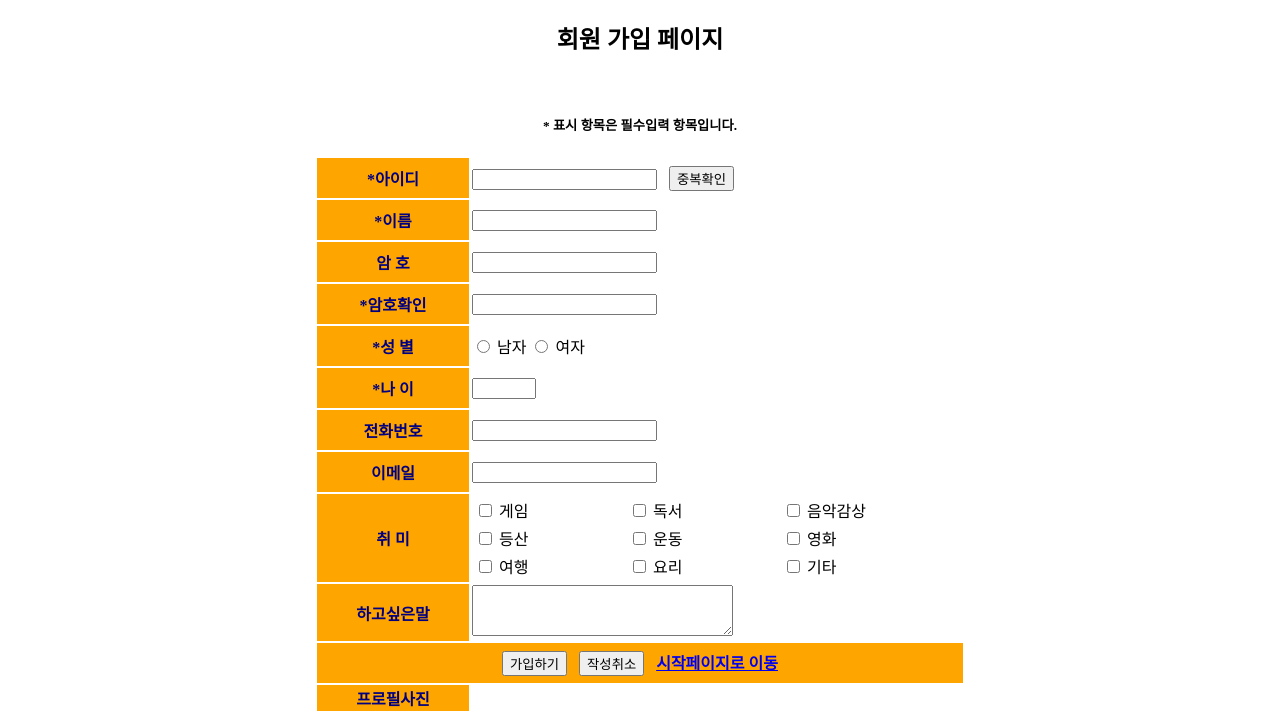
Repository: Yunsunyong/Spring
Page: http://localhost/first/WEB-INF/views/member/enrollPage.jsp
An editor plug-in stored every save of this project. The page is shown before and after the next save, followed by the edit.
The browser window is 1280 px wide. The pictures show the whole page.
The page is served by Tomcat 9. Nobody is signed in. The template is opened directly, without the code that normally fills it, so the values that code supplies are empty.

Above is the page before, as saved 2019-04-18 07:12:01.

After the next save:
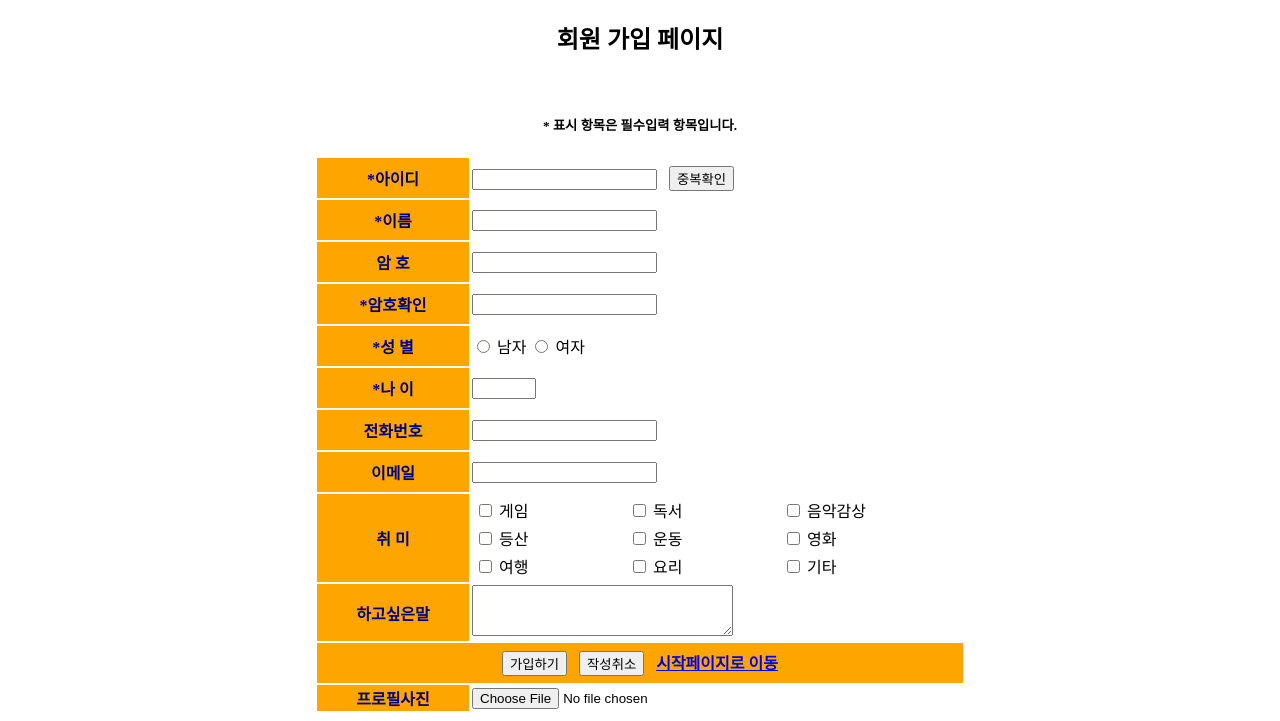
Saved 16 s later.
--- a/190419 Spring ajax까지/framework_workspace/first/src/main/webapp/WEB-INF/views/member/enrollPage.jsp
+++ b/190419 Spring ajax까지/framework_workspace/first/src/main/webapp/WEB-INF/views/member/enrollPage.jsp
@@ -137,7 +137,7 @@
 	</tr>
 	<tr>
 		<th>프로필사진</th>
-		<td></td>
+		<td><input type="file" name="photo"></td>
 	</tr>
 	</table>
 	</form>
